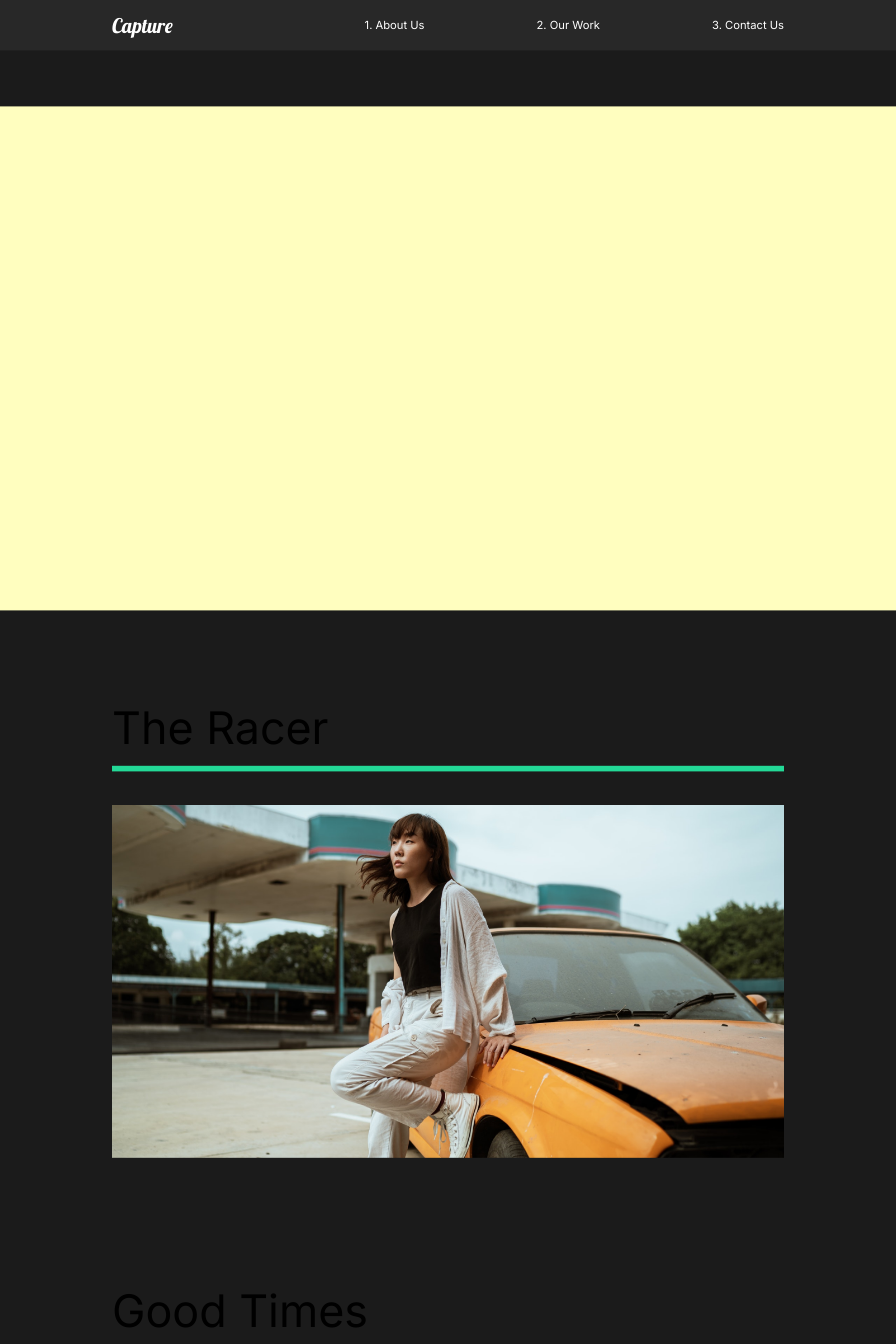
Repository: programmingwithlevi/capture
Page: /work
These files come from the project's save history. The page is drawn as it stood at one moment and after the next save; the edit follows.
The browser window is 1280 px wide. The pictures show the part of the page from y = 0 to 1920 px (the page is 2731 px tall), at 70% of full size.
The project was rebuilt for these pictures with package versions that can differ from the ones it lists, and the page was loaded fresh each time. Also part of the build but not shown: src/styles.js, src/components/Wave.js, src/components/AboutSection.js, src/components/ServicesSection.js, src/components/FaqSection.js, src/pages/AboutUs.js, src/pages/ContactUs.js, src/movieState.js and 1 more.

Above is the page before, as saved 2021-12-10 15:58:46.

After the next save:
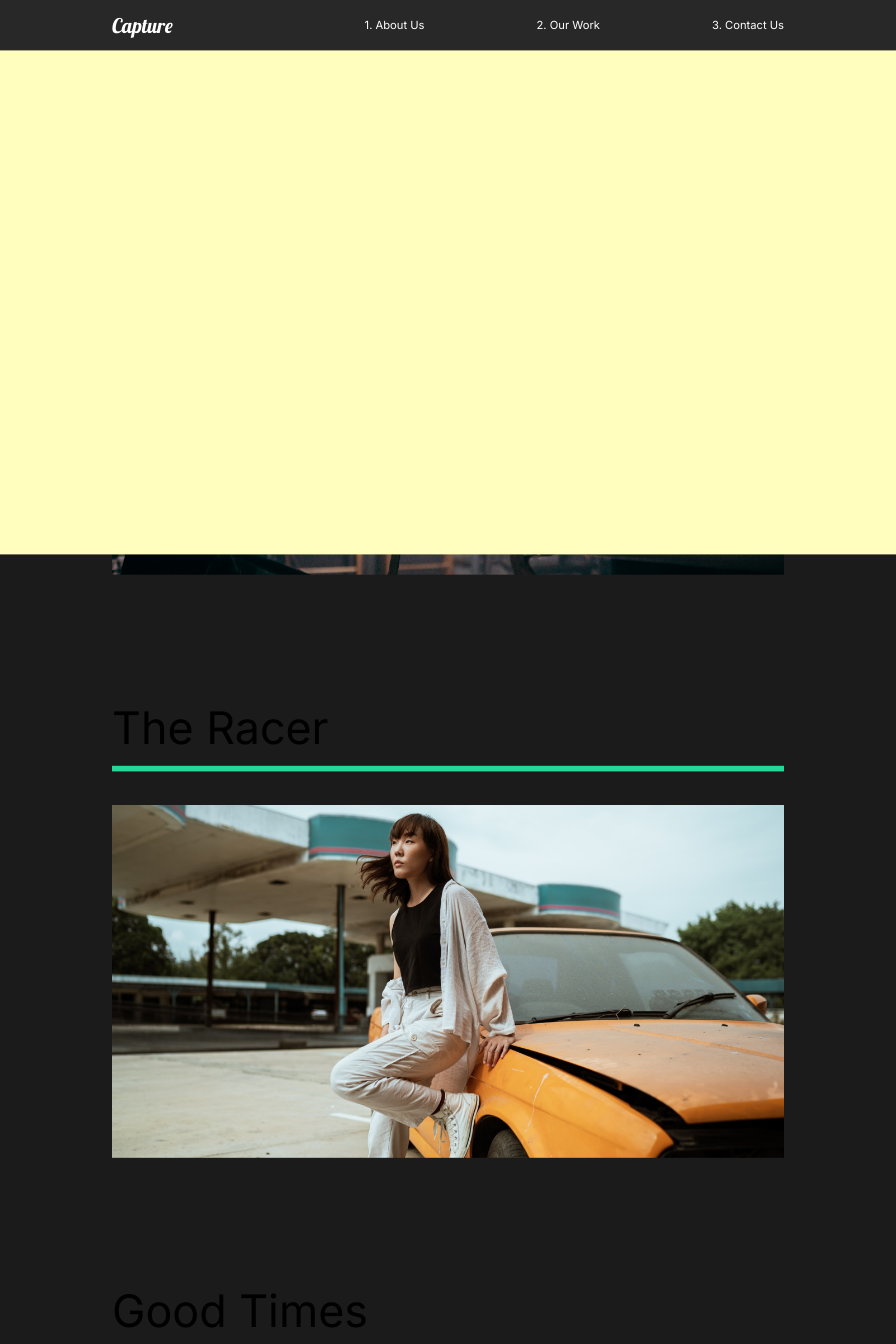
Saved 80 s later.
--- a/src/pages/OurWork.js
+++ b/src/pages/OurWork.js
@@ -71,6 +71,7 @@ const Hide = styled.div`
 const Frame1 = styled(motion.div)`
     position: fixed;
     left: 0;
+    top: 10%;
     width: 100%;
     height: 100vh;
     background: #fffebf;
